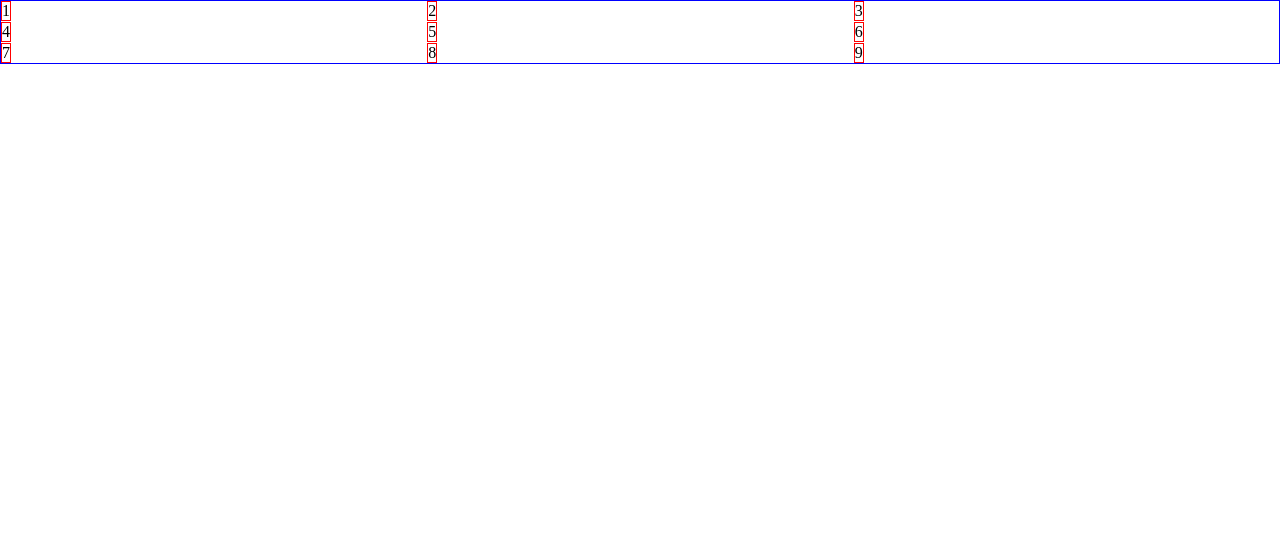
Repository: DaozhangChen/qiMen
Page: /
These files come from the project's save history. The page is drawn as it stood at one moment and after the next save; the edit follows.
The browser window is 1280 px wide. The pictures show the whole page.
The project was rebuilt for these pictures with package versions that can differ from the ones it lists, and the page was loaded fresh each time. Also part of the build but not shown: vite.config.js.

Above is the page before, as saved 2024-04-04 17:55:18.

### src/App.jsx
import Suduku from './compoment/Suduku'

function App() {

  return (
    <>
      <Suduku />
    </>
  )
}

export default App

### src/index.css
* {
  padding: 0;
  margin: 0;
  box-sizing: border-box;
}

ul,
li {
  list-style: none;
}

### src/compoment/Suduku.jsx
import "./Suduku.css"

function Suduku() {
    const regionArr = [1, 2, 3, 4, 5, 6, 7, 8, 9]
    return (
        <div className="sudoku-grid">
            {/* 生成九宫格 */}
            {regionArr.map((value) => (
                <div key={`row-${value}`} className="sudoku-row">
                    <li className="suduku-cell">
                        {value}
                    </li>
                </div>
            ))}
        </div>
    )
}
export default Suduku

### src/compoment/Suduku.css
.sudoku-grid {
    border: 1px solid blue;
    display: grid;
    grid-template-columns: repeat(3, 1fr);
    grid-template-rows: repeat(3, 1fr);
    gap: 1px;
    grid-template-areas:
        "top-left top-center top-right"
        "middle-left middle-center middle-right"
        "bottom-left bottom-center bottom-right";
}

.sudoku-row {
    display: flex;
}

.suduku-cell {
    border: 1px solid red;
}

Loaded but not shown: index.html (common file); src/main.jsx (common file)

After the next save:
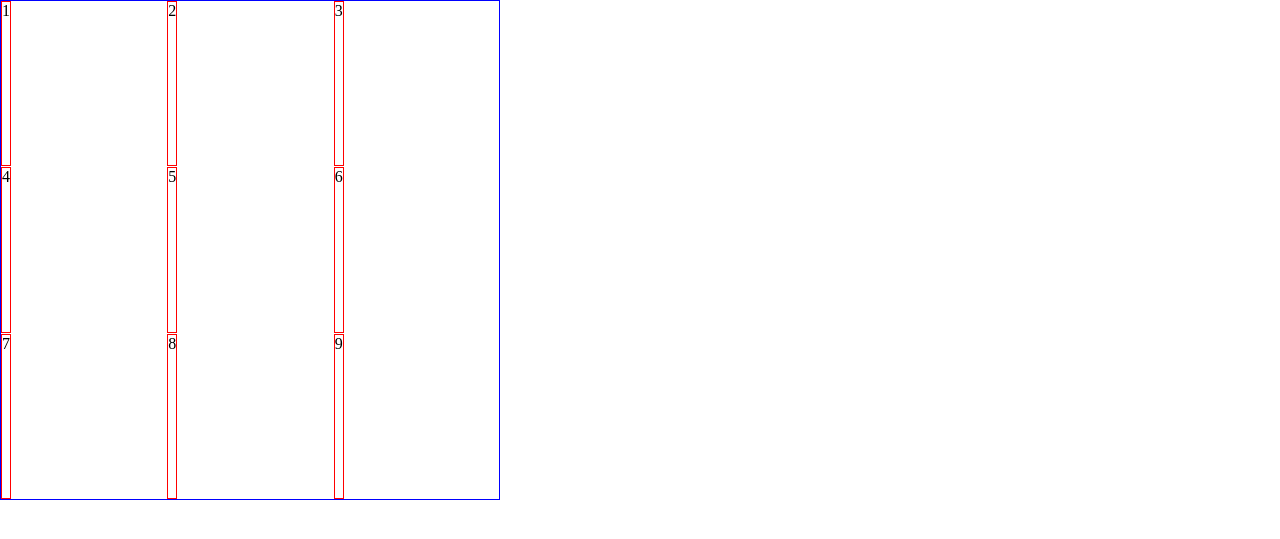
Saved 36 s later.
--- a/src/compoment/Suduku.css
+++ b/src/compoment/Suduku.css
@@ -1,5 +1,7 @@
 .sudoku-grid {
     border: 1px solid blue;
+    width: 500px;
+    height: 500px;
     display: grid;
     grid-template-columns: repeat(3, 1fr);
     grid-template-rows: repeat(3, 1fr);
